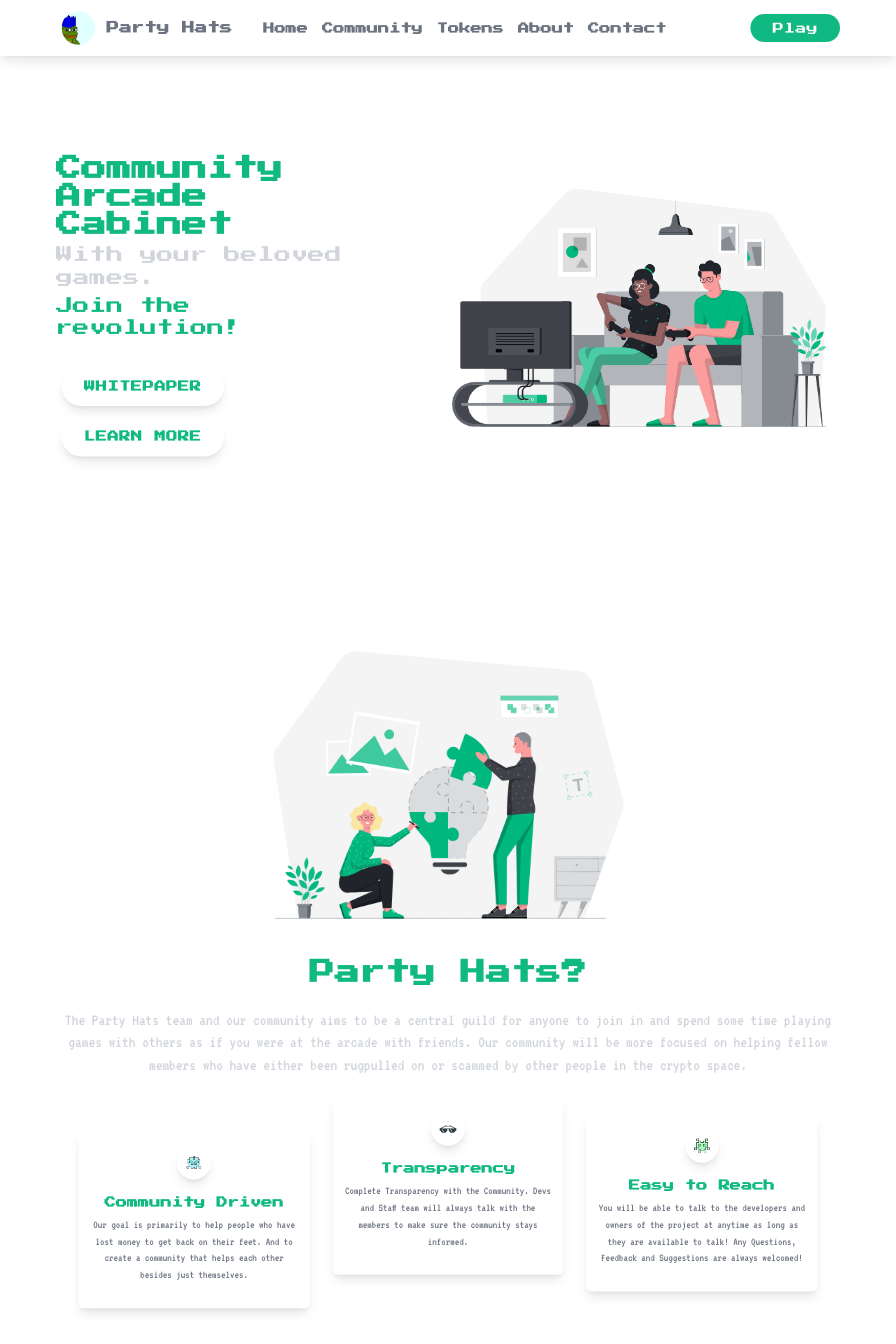
Repository: rhinorphan/phat-landing-page
Page: /
An editor plug-in stored every save of this project. The page is shown before and after the next save, followed by the edit.
The browser window is 1280 px wide. The pictures show the part of the page from y = 0 to 1920 px (the page is 4206 px tall), at 70% of full size.
The project was rebuilt for these pictures with package versions that can differ from the ones it lists, and the page was loaded fresh each time. Also part of the build but not shown: craco.config.js.

Above is the page before, as saved 2021-11-17 23:35:15.

After the next save:
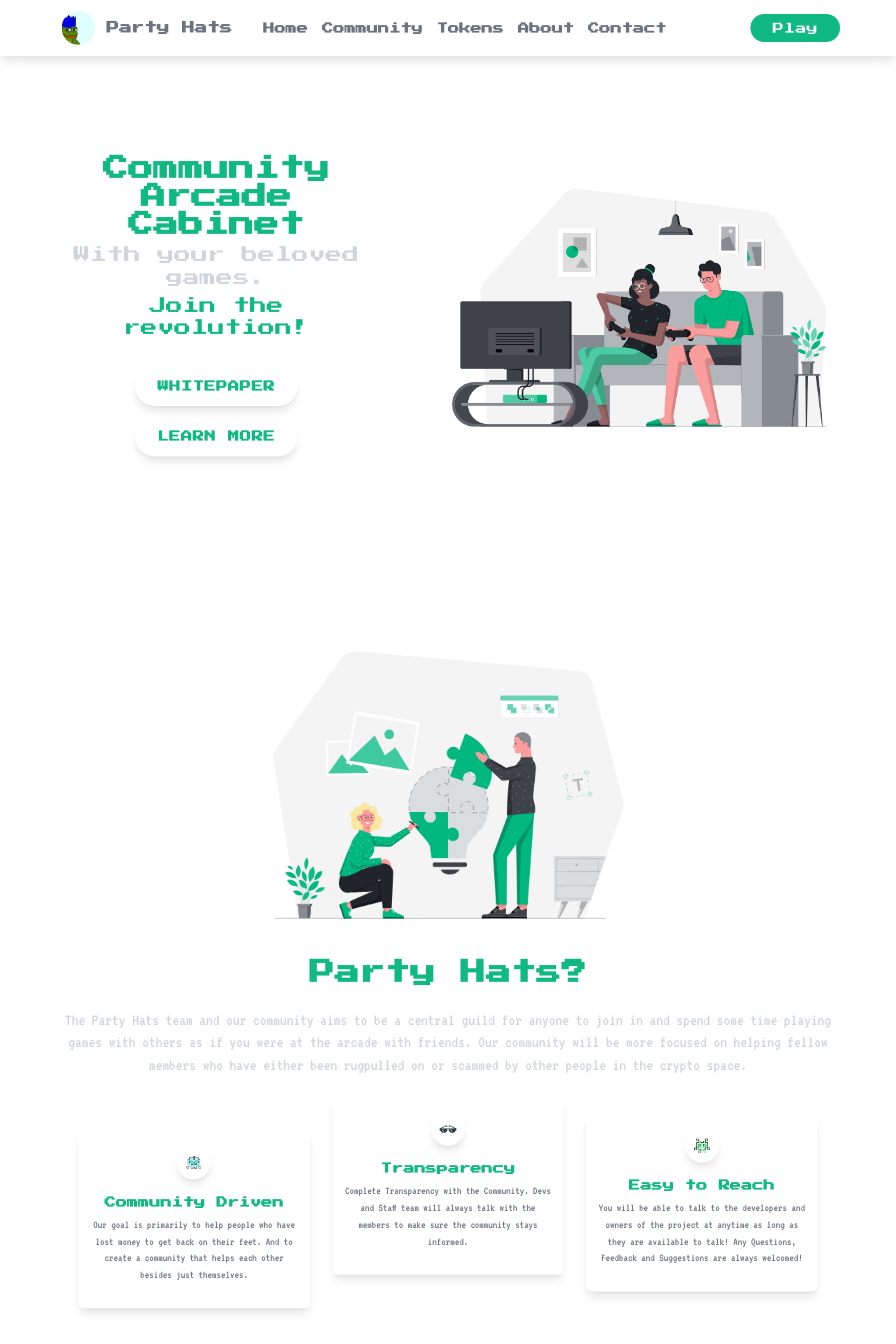
Saved 13 s later.
--- a/src/components/Landing.js
+++ b/src/components/Landing.js
@@ -3,7 +3,7 @@
 
 function Landing() {
   return (
-    <section className="grid md:flex items-center justify-center h-screen py-10 px-4" name="landing">
+    <section className="grid md:flex items-center justify-center h-screen py-10 px-4 text-center" name="landing">
       <div class="mx-16">
         <h2 class="text-4xl  font-bold mb-2 text-green-500">
           Community Arcade Cabinet

After the 2 saves that followed:
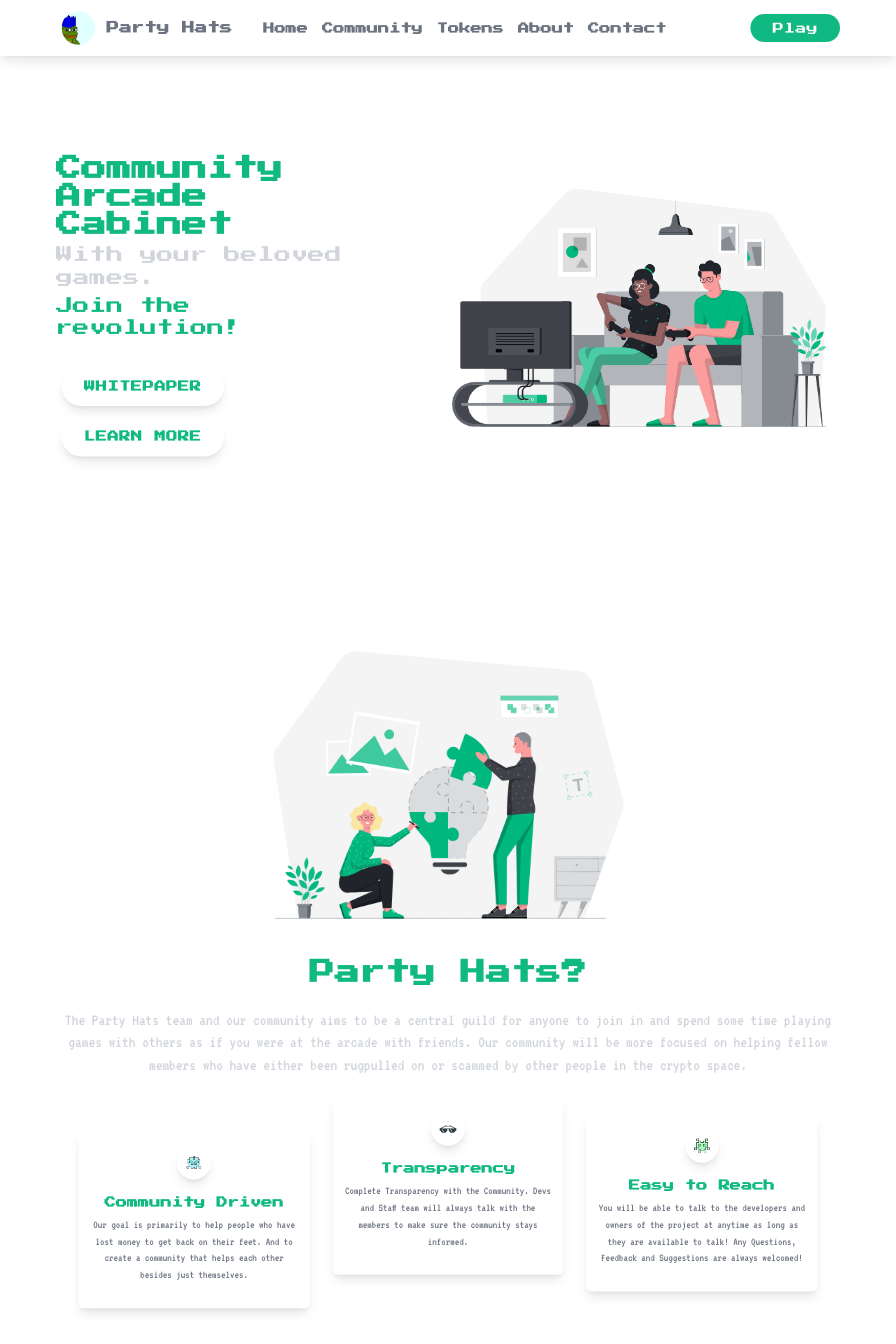
The 2 saves are shown as one change because 1 left the picture as it was.
The last was saved 76 s later.
--- a/src/components/Landing.js
+++ b/src/components/Landing.js
@@ -3,7 +3,7 @@
 
 function Landing() {
   return (
-    <section className="grid md:flex items-center justify-center h-screen py-10 px-4 text-center" name="landing">
+    <section className="grid text-center md:flex md:text-left items-center justify-center h-screen py-10 px-4" name="landing">
       <div class="mx-16">
         <h2 class="text-4xl  font-bold mb-2 text-green-500">
           Community Arcade Cabinet
